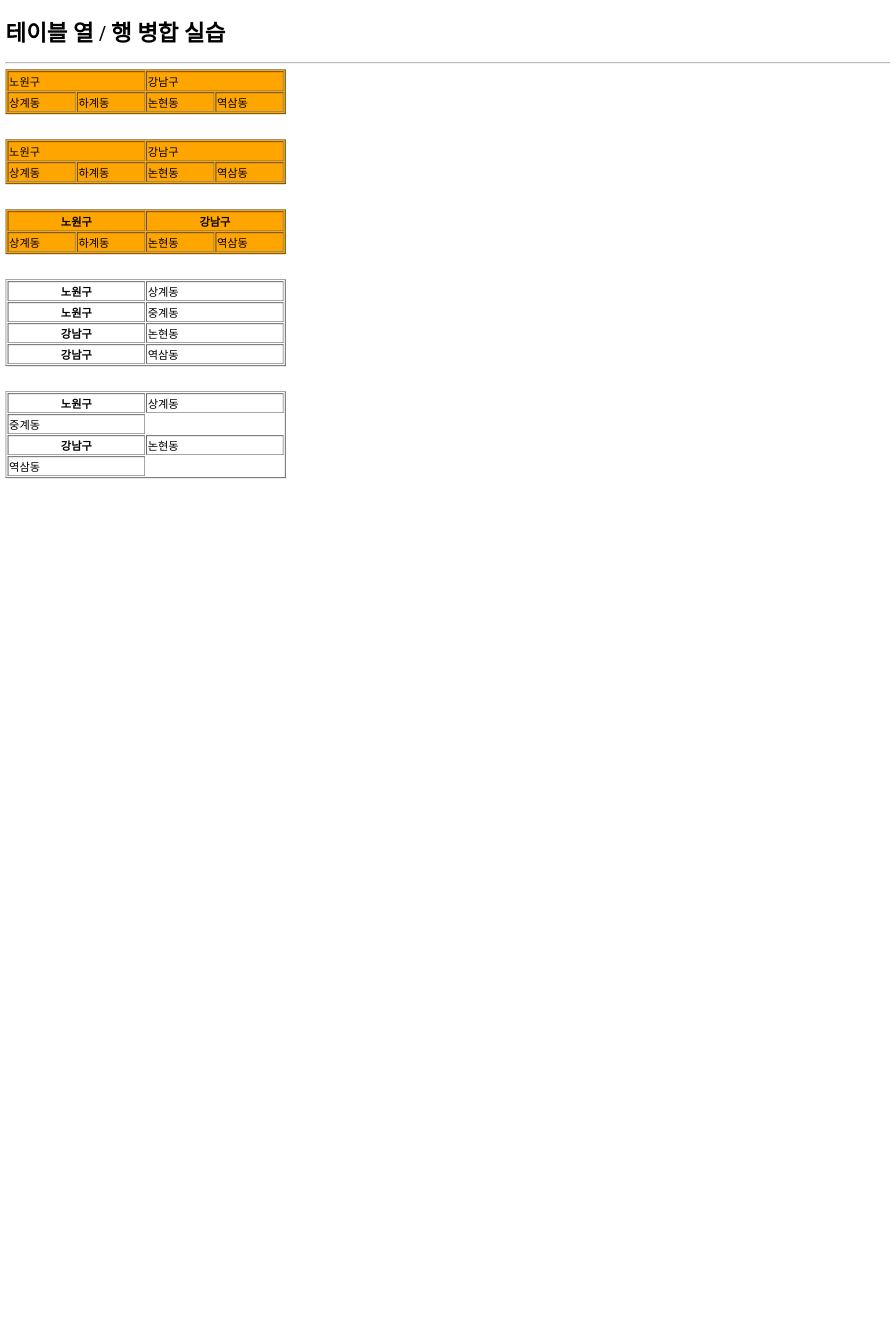
Repository: jp0301/WebStudy
Page: WebApp01/WebContent/Test012.html
The author's editor kept a copy of each file at every save. The page is drawn from the files as they stood at one save, then again after the next save.
The browser window is 1280 px wide. The pictures show the part of the page from y = 0 to 1920 px (the page is 2671 px tall before and 2831 px after), at 70% of full size.

Above is the page before, as saved 2022-09-27 02:38:31.

### WebApp01/WebContent/Test012.html
<!DOCTYPE html>
<html>
<head>
<meta charset="UTF-8">
<title>Test012.html</title>
</head>
<body>

	<div>
		<h1>테이블 열 / 행 병합 실습</h1>
		<hr>
	</div>

	<div>
		<table border="1" bgcolor="orange" width="400">

			<tr>
				<td colspan="2">노원구</td>
				<td colspan="2">강남구</td>
			</tr>
			<tr>
				<td>상계동</td>
				<td>하계동</td>
				<td>논현동</td>
				<td>역삼동</td>
			</tr>
		</table>
		<br><br>


		<table border="1" bgcolor="orange" width="400">

			<tr>
				<td colspan="2">노원구</td>
				<td colspan="2">강남구</td>
			</tr>
			<tr>
				<td>상계동</td>
				<td>하계동</td>
				<td>논현동</td>
				<td>역삼동</td>
			</tr>
		</table>
		<br><br>

		<!--  th 셀의 활용 -->
		<table border="1" bgcolor="orange" width="400">

			<tr>
				<th colspan="2">노원구</th>
				<th colspan="2">강남구</th>
			</tr>
			<tr>
				<td>상계동</td>
				<td>하계동</td>
				<td>논현동</td>
				<td>역삼동</td>
			</tr>
		</table>
		<br><br>

		<table border="1" width="400">
			<tr>
				<th>노원구</th>
				<td>상계동</td>
			</tr>

			<tr>
				<th>노원구</th>
				<td>중계동</td>
			</tr>

			<tr>
				<th>강남구</th>
				<td>논현동</td>
			</tr>

			<tr>
				<th>강남구</th>
				<td>역삼동</td>
			</tr>

		</table>
		<br><br>

				<table border="1" width="400">
			<tr>
				<th>노원구</th>
				<td>상계동</td>
			</tr>

			<tr>
				<!-- <th>노원구</th> -->
				<td>중계동</td>
			</tr>

			<tr>
				<th>강남구</th>
				<td>논현동</td>
			</tr>

			<tr>
				<!-- <th>강남구</th> -->
				<td>역삼동</td>
			</tr>

		</table>
		<br><br>

	</div>

<br><br><br><br><br><br><br><br><br><br><br><br><br><br><br><br><br><br>
<br><br><br><br><br><br><br><br><br><br><br><br><br><br><br><br><br><br>
<br><br><br><br><br><br><br><br><br><br><br><br><br><br><br><br><br><br>
<br><br><br><br><br><br><br><br><br><br><br><br><br><br><br><br><br><br>
<br><br><br><br><br><br><br><br><br><br><br><br><br><br><br><br><br><br>
<br><br><br><br><br><br><br><br><br><br><br><br><br><br><br><br><br><br>


</body>
</html>

After the next save:
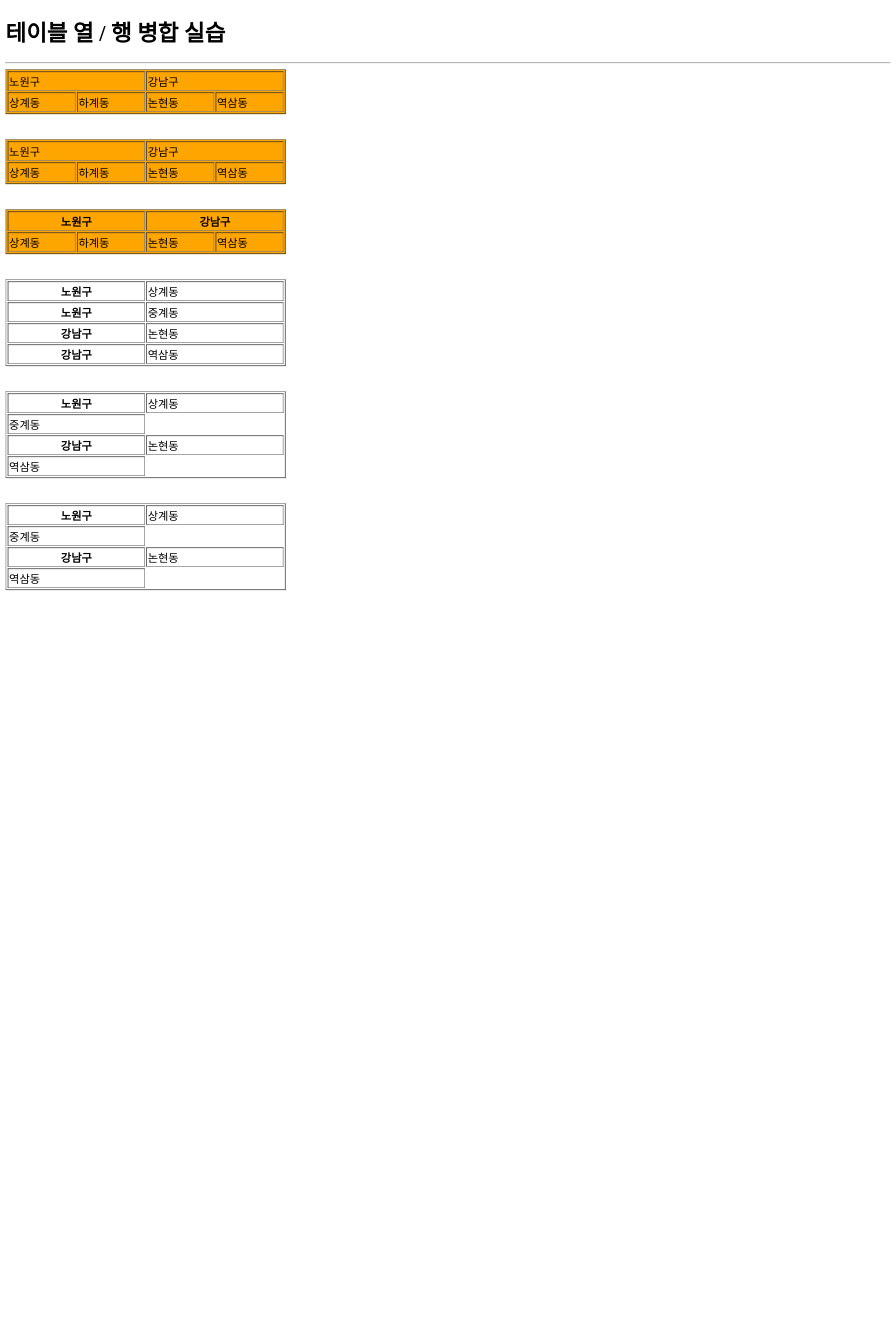
Saved 17 s later.
--- a/WebApp01/WebContent/Test012.html
+++ b/WebApp01/WebContent/Test012.html
@@ -83,7 +83,31 @@
 		</table>
 		<br><br>
 
-				<table border="1" width="400">
+		<table border="1" width="400">
+			<tr>
+				<th>노원구</th>
+				<td>상계동</td>
+			</tr>
+
+			<tr>
+				<!-- <th>노원구</th> -->
+				<td>중계동</td>
+			</tr>
+
+			<tr>
+				<th>강남구</th>
+				<td>논현동</td>
+			</tr>
+
+			<tr>
+				<!-- <th>강남구</th> -->
+				<td>역삼동</td>
+			</tr>
+
+		</table>
+		<br><br>
+
+		<table border="1" width="400">
 			<tr>
 				<th>노원구</th>
 				<td>상계동</td>
